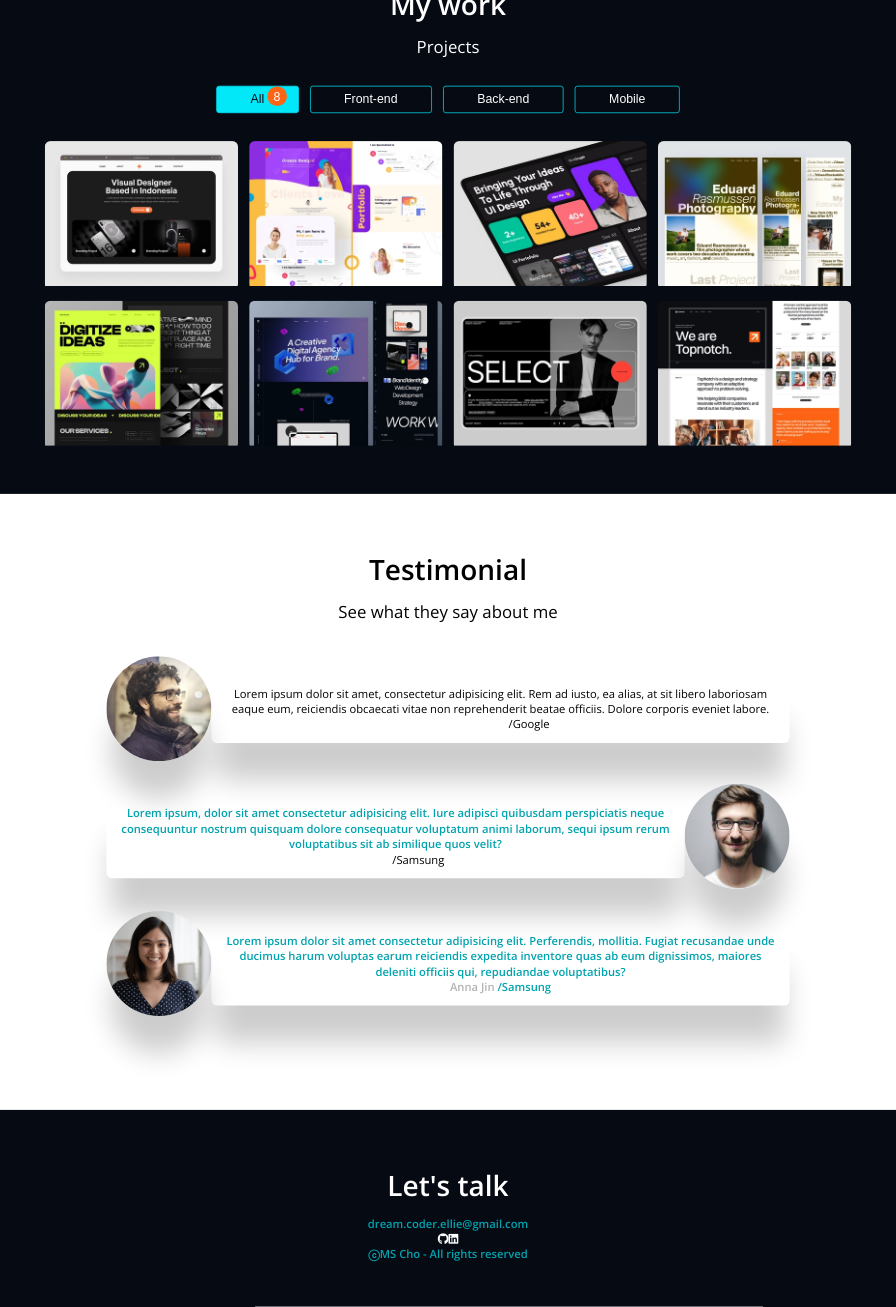
Repository: eggmoon/eggmoon_new
Page: index.html
The author's editor kept a copy of each file at every save. The page is drawn from the files as they stood at one save, then again after the next save.
The browser window is 1280 px wide. The pictures show the part of the page from y = 2311 to 4231 px (the page is 4178 px tall before and 4231 px after), at 70% of full size.
Some web libraries are served in a nearby version.

Above is the page before, as saved 2025-02-26 15:37:10.

### index.html
<!DOCTYPE html>
<html lang="en">
  <head>
    <meta charset="UTF-8" />
    <meta http-equiv="X-UA-Compatible" content="IE=edge" />
    <meta name="viewport" content="width=device-width, initial-scale=1.0" />
    <!-- SEO -->
    <title>행정심판청구서 작성 가이드</title>
    <meta
      name="description"
      content="Portfolio for world-renowned software
    engineer Ellie"
    />
    <meta name="author" content="MScho" />
    <link rel="shortcut icon" href="images/favicon.ico" type="image/x-icon" />
    <!-- OG (Open Graph Data) -->
    <meta property="og:title" content="행정정심판청구서 작성 가이드" />
    <meta property="og:type" content="website" />
    <meta property="og:url" content="https://eggmoon.github.io/eggmoon/"/>
    <meta property="og:image" content="배포후에 생성된 이미지 URL" />
    <!-- Google Fonts -->
    <link rel="preconnect" href="https://fonts.googleapis.com" />
    <link rel="preconnect" href="https://fonts.gstatic.com" crossorigin />
    <link
      href="https://fonts.googleapis.com/css2?family=Open+Sans:wght@400;600&display=swap"
      rel="stylesheet"
    />
    <!-- Font Awesome -->
    <script src="https://kit.fontawesome.com/8d3cd595d6.js" crossorigin="anonymous"></script>
    <!-- CSS -->
    <link rel="stylesheet" href="css/style.css" />
    <!-- Javascript -->
    <script src="src/main.js" defer></script>
  </head>
  <body>
    <!-- Header -->
    <header class="header">
      <div class="header__logo">
        <img class="header__logo__img" src="images/favicon.ico" alt="logo" />
        <h1 class="header__logo__title"><a href="#">조미성 행정사사무소</a></h1>
      </div>
      <nav>
        <ul class="header__menu">
          <li><a class="header__menu__item active" href="#home">작성 Flow</a></li>
          <li><a class="header__menu__item" href="#about">사실관계 확인</a></li>
          <li><a class="header__menu__item" href="#skills">법령 포섭</a></li>
          <li><a class="header__menu__item" href="#work">사실의 재구성</a></li>
          <li><a class="header__menu__item" href="#testimonial">비례의 원칙</a></li>
          <li><a class="header__menu__item" href="#contact">청구서 작성</a></li>
        </ul>
      </nav>
    </header>
    <!-- Main -->
    <main>
      <!-- Home -->
      <section id="home" class="section">
        <img class="home__logo" src="images/favicon.ico" alt="Ellie's profile" />
        <h2 class="home__title"><strong class="home__title--strong">행정심판청구서</strong> <br> 작성 가이드</h2>
        <p class="home__description">사실관계 확정과 비례의 원칙을 중심으로</p>
        <a class="home__contact" href="#contact">조미성 행정사사무소</a>
      </section>
      <!-- About -->
      <section id="about" class="section max-container =">
        <h2 class="title">작성 Flow</h2>
        <p section="description">
          사실관계 및 법령의 확인
        </p>
        <p>내용을 작성해야 합니다.</p>
        <ul class="about__majors">
          <li class="about__major">
            <i class="fa-brands fa-html5 about__major__icon"></i>
            <p class="about__major__title">사실관계 및 관련 법령</p>
            <p>처분서에 따른... 확인</p>
          </li>
          <li class="about__major">
            <i class="fa-solid fa-mobile about__major__icon"></i>
            <p class="about__major__title">사실관계의 재구성</p>
            <p>사실관계...재구성</p>
          </li>
          <li class="about__major">
            <i class="fa-solid fa-server about__major__icon"></i>
            <p class="about__major__title">자료조사 및 법령의 해석론 확립</p>
            <p>논문, 법령... 등 조사</p>`
          </li>
        </ul>
        <ul class="about__subexps">
          <li class="about__subexp">
            <img src="images/jobs/google.png" alt="google logo" />
            <div>
              <p class="about__subexp__title">Google as Senior Software Engineer</p>
              <p class="about__subexp__content">2019 Oct - Until now</p>
            </div>
          </li>
          <li class="about__subexp">
            <img src="images/jobs/samsung.png" alt="samsung logo" />
            <div>
              <p class="about__subexp__title">Samsung as Software Engineer</p>
              <p class="about__subexp__content">2014 Sept - 2019 Oct</p>
            </div>
          </li>
        </ul>
      </section>
      <!-- Skills -->
      <section id="skills" class="section">
        <div class="max-container">
          <h2 class="title">사실관계의 확인</h2>
          <p class="description">사실관계</p>
          <p>
            Lorem ipsum dolor sit, amet consectetur adipisicing 계lit. Alias
            doloremque sint deleniti vel quod itaque molestias, suscipit dolor
            cupiditate saepe rem minima, amet ipsum accusantium architecto
            laboriosam dolore id necessitatibus?
          </p>
          <div class="skills-container">
            <section class="skills__rule">
              <h3 class="skills__title">Coding Skills</h3>
              <ul>
                <li class="bar">
                  <div class="bar__metadata"><span>HTML</span><span>98%</span></div>
                  <div><div class="bar__value bar__bg" style="width: 98%"></div></div>
                </li>
                <li class="bar">
                  <div class="bar__metadata"><span>CSS</span><span>90%</span></div>
                  <div><div class="bar__value bar__bg" style="width: 90%"></div></div>
                </li>
                <li class="bar">
                  <div class="bar__metadata"><span>JavaScript</span><span>90%</span></div>
                  <div><div class="bar__value bar__bg" style="width: 90%"></div></div>
                </li>
                <li class="bar">
                  <div class="bar__metadata"><span>TypeScript</span><span>80%</span></div>
                  <div><div class="bar__value bar__bg" style="width: 80%"></div></div>
                </li>
                <li class="bar">
                  <div class="bar__metadata"><span>React</span><span>79%</span></div>
                  <div><div class="bar__value bar__bg" style="width: 79%"></div></div>
                </li>
                <li class="bar">
                  <div class="bar__metadata"><span>NodeJs</span><span>68%</span></div>
                  <div><div class="bar__value bar__bg" style="width: 68%"></div></div>
                </li>
              </ul>
            </section>
            <section class="skills__explain">
              <h3 class="skills__title">Tools</h3>
              <ul>
                <li>Visual Studio Code</li>
                <li>IntelliJ</li>
                <li>Android Studio Code</li>
                <li>iOS development tools</li>
                <li>Sketch app</li>
              </ul>
            </section>
            <section class="skills__data">
              <h3 class="skills__title">Etc</h3>
              <ul>
                <li>Git</li>
                <li>Scrum Master</li>
                <li>Math</li>
              </ul>
            </section>
          </div>
        </div>
      </section>
      <!-- Work -->
      <section id="work" class="section">
        <div class="max-container">
          <h2 class="title">My work</h2>
          <p class="description">Projects</p>
          <ul class="categories">
            <li>
              <button class="category category--selected">All <span class="category__count">8</span></button>
            </li>
            <li>
              <button class="category">Front-end <span class="category__count">3</span></button>
            </li>
            <li>
              <button class="category">Back-end <span class="category__count">3</span></button>
            </li>
            <li>
              <button class="category">Mobile <span class="category__count">2</span></button>
            </li>
          </ul>
          <ul class="projects">
            <li class="project">
              <a href="#" target="_blank">
                <img src="images/projects/project1.webp" alt="project1" class="project__img"/>
                <div class="project__metadata">
                  <h3 class="project__title">Project #1</h3>
                  <p>Clone Coding with HTML, CSS</p>
                </div>
              </a>
            </li>
            <li class="project">
              <a href="#" target="_blank">
                <img src="images/projects/project2.webp" alt="project2" class="project__img"/>
                <div class="project__metadata">
                  <h3 class="project__title">Project #2</h3>
                  <p>Clone Coding with HTML, CSS</p>
                </div>
              </a>
            </li>
            <li class="project">
              <a href="#" target="_blank">
                <img src="images/projects/project3.webp" alt="project3" class="project__img"/>
                <div class="project__metadata">
                  <h3 class="project__title">Project #3</h3>
                  <p>Clone Coding with HTML, CSS</p>
                </div>
              </a>
            </li>
            <li class="project">
              <a href="#" target="_blank">
                <img src="images/projects/project4.webp" alt="project4" class="project__img"/>
                <div class="project__metadata">
                  <h3 class="project__title">Project #4</h3>
                  <p>Clone Coding with HTML, CSS</p>
                </div>
              </a>
            </li>
            <li class="project">
              <a href="#" target="_blank">
                <img src="images/projects/project5.webp" alt="project5" class="project__img"/>
                <div class="project__metadata">
                  <h3 class="project__title">Project #5</h3>
                  <p>Clone Coding with HTML, CSS</p>
                </div>
              </a>
            </li>
            <li class="project">
              <a href="#" target="_blank">
                <img src="images/projects/project6.webp" alt="project6" class="project__img"/>
                <div class="project__metadata">
                  <h3 class="project__title">Project #6</h3>
                  <p>Clone Coding with HTML, CSS</p>
                </div>
              </a>
            </li>
            <li class="project">
              <a href="#" target="_blank">
                <img src="images/projects/project7.webp" alt="project7" class="project__img"/>
                <div class="project__metadata">
                  <h3 class="project__title">Project #7</h3>
                  <p>Clone Coding with HTML, CSS</p>
                </div>
              </a>
            </li>
            <li class="project">
              <a href="#" target="_blank">
                <img src="images/projects/project8.webp" alt="project8" class="project__img"/>
                <div class="project__metadata">
                  <h3 class="project__title">Project #8</h3>
                  <p>Clone Coding with HTML, CSS</p>
                </div>
              </a>
            </li>
          </ul>
        </div>
      </section>
      <!-- Testimonials -->
      <section id="testimonials" class="section max-container">
        <h2 class="title">Testimonial</h2>
        <p class="description">See what they say about me</p>
        <ul class="testimonials">
          <li class="testimonial">
            <img src="images/testimonials/people1.webp" alt="people1" class="testimonial__img" />
            <div class="testimonial__bubble">
              <p>
                Lorem ipsum dolor sit amet, consectetur adipisicing elit. Rem ad
                iusto, ea alias, at sit libero laboriosam eaque eum, reiciendis
                obcaecati vitae non reprehenderit beatae officiis. Dolore
                corporis eveniet labore.
              </p>
              <p><a href="#">James Kim</a> /Google</p>
            </div>
          </li>
          <li class="testimonial">
            <img src="images/testimonials/people2.webp" alt="people2" class="testimonial__img" />
            <div class="testimonial__bubble">
              <p class="testimonial__bubble__name">
                Lorem ipsum, dolor sit amet consectetur adipisicing elit. Iure
                adipisci quibusdam perspiciatis neque consequuntur nostrum
                quisquam dolore consequatur voluptatum animi laborum, sequi
                ipsum rerum voluptatibus sit ab similique quos velit?
              </p>
              <p><a href="#">Anna Jin</a> /Samsung</p>
            </div>
          </li>
          <li class="testimonial">
            <img src="images/testimonials/people3.webp" alt="people3" class="testimonial__img" />
            <div class="testimonial__bubble">
              <p class="testimonial__bubble__name">
                Lorem ipsum dolor sit amet consectetur adipisicing elit.
                Perferendis, mollitia. Fugiat recusandae unde ducimus harum
                voluptas earum reiciendis expedita inventore quas ab eum
                dignissimos, maiores deleniti officiis qui, repudiandae
                voluptatibus?
              </p>
              <p class="testimonial__bubble__name"><a href="#">Anna Jin</a> /Samsung</p>
            </div>
          </li>
        </ul>
      </section>
      <!-- Arrow up -->
      <aside>
        <a href="#home" title="back to top">
          <i class="fa-solid fa-arrow-up"></i>
        </a>
      </aside>
    </main>
    <!-- Footer -->
    <footer id="contact" class="section">
      <div class="max-container">
        <h2 class="title">Let&#39;s talk</h2>
      <p class="testimonial__bubble__name" class="section">dream.coder.ellie@gmail.com</p>
      <ul class="contact__links">
        <li>
          <a
            class="contact__link"
            href="https://github.com/eggmoon"
            target="_blank"
            title="my github link"
          >
            <i class="fa-brands fa-github"></i>
          </a>
        </li>
        <li>
          <a
            class="contact__link"
            href="https://github.com/eggmoon"
            target="_blank"
            title="my linkedin link"
          >
            <i class="fa-brands fa-linkedin"></i>
          </a>
        </li>
      </ul>
      <p class="testimonial__bubble__name">ⓒMS Cho - All rights reserved</p>
      </div>
    </footer>
  </body>
</html>

### css/style.css
/* Global */
:root {
/* App Colors */
  --color-primary: var(--color-black);
  --color-primary-variant: var(--color-gray);
  --color-accent: var(--color-blue);
  --color-accent-variant: var(--color-orange);
  --color-text: var(--color-white);
  /* Colors */
  --color-white: #ffffff;
  --color-black: #050a13;
  --color-blue: #03e8f9;
  --color-orange: #fd6413;
  --color-gray: #1b1e26;
  /* Size */
  --size-max-width: 1200px;
}
*{
  box-sizing: border-box;
}
body {
  font-family: 'Open Sans', sans-serif;
  margin: 0;
}
h1, h2, h3, p, ul {
  margin: 0;
}

ul {
  list-style: none;
  padding: 0;
}

a{
  text-decoration: none;
  color: var(--color-text);
}

button{
  background-color: transparent;
  outline: 0;
  border: 0;
}

button:focus {
  outline: 1px solid var(--color-blue);
}

/* Common */
.section{
  padding: 4rem;
  text-align: center !important;
}

.title{
  font-size: 2.5rem;
  margin: 1rem 0;

}

.description{
  font-size:1.5rem;
  margin:0.5rem 0;
}

.max-container {
  max-width: var(--size-max-width);
  margin: auto;
}

/* Header */
.header{
  position: fixed;
  background-color: var(--color-black);
  top: 0;
  width: 100%;
  padding:1rem;
  display: flex;
  justify-content: space-between;
  align-items: center;
  z-index:1;
}

.header__logo{
  display:flex;
  align-items: center;
  gap: 8px
}

.header__logo__img{
  width: 36px;
  height: 36px;
}

.header__logo__title {
  font-size: 1.8rem;
}

.header__menu{
  display:flex;
  gap: 4px;
}
.header__menu__item{
  padding: 8px 16px;
}
.header__menu__item:hover{
  border-bottom: 1px solid var(--color-accent);
}
.header__menu__item.active{
  border: 1px solid var(--color-accent);
}
/* Home */
#home{
  background-color: var(--color-primary);
  color: var(--color-text);
  padding: 5rem 1rem;
  padding-top: 7rem;
  text-align: center;
}
.home__logo{
 width: 250px;
 height: 250px;
 object-fit: contain;
 border: 3px solid var(--color-accent);
 border-radius: 50%;
}
.home__title{
 font-size:3rem;
 margin-bottom: 1rem;

}
.home__title--strong{
  color: var(--color-accent);
}
/* .home__description{

} */

.home__contact{
  display: inline-block;
  background-color: var(--color-accent);
  color: var(--color-black);
  padding: 0.5rem 1rem;
  font-weight: bold;
  border-radius: 4px;
}

.home__contact:hover{
    /* hover 밀림 현상 해결: width, height을 주거나 outline으로 해결함 */
  background-color:transparent;
  outline: 1px solid var(--color-accent);
  color: var(--color-text);
}

/* about */

.about__majors{
  display: flex;
  justify-content: space-between;
  gap: 1rem;
  margin: 2.5rem 0;
}

.about__major{
  background-color: var(--color-primary-variant);
  padding: 2rem 1rem;
  color: var(--color-text);
  border-radius: 1rem;
  cursor: default;
  box-shadow:4.0px 8.0px 8.0px rgba(0,0,0,0.38);
  flex-grow:1;
  flex-shrink:1;
  flex-basis:0;
}

.about__major__icon{
  font-size: 4rem;
  margin: 1rem 0;
  color: var(--color-accent);
  transition: all 300ms ease;
}

.about__major__title{
 font-size: 1.5rem;
 font-weight: bold;
 margin-bottom: 1rem;
}

.about__major:hover .about__major__icon{
  transform: rotate(-15deg) scale(1.2);
}

.about__subexps{
  text-align: start;
}
.about__subexp{
  display:flex;
  align-items: center;
  gap: 8px;
  margin-bottom: 1rem;
}
.about__subexp__title{
  color: var(--color-primary);
}

.about__subexp__content{
  color: var(--color-primary);
}

/* skills */

#skills {
  background-color: var(--color-primary-variant);
  color: var(--color-text);
}
.skills__title{
  color: var(--color-accent);
  margin: 1rem 0;
  font-size: 1.2rem;
  margin: 2rem 3rem;
}
.skills-container{
  display: grid;
  grid-template-columns: 6fr 4fr;
  background-color: var(--color-primary);
  border-radius: 8px;
  overflow: hidden;
  box-shadow: 0 2.8px 2.2px rgba(0, 0, 0, 0.034), 0 6.7px 5.3px rgba(0, 0, 0, 0.048), 0 12.5px 10px rgba(0, 0, 0, 0.06), 0 22.3px 17.9px rgba(0, 0, 0, 0.072), 0 41.8px 33.4px rgba(0, 0, 0, 0.086), 0 100px 80px rgba(0, 0, 0, 0.12)
}

.skills__rule{
  grid-row: span 2;
  padding: 1rem;
}

.skills__explain{
  padding: 1rem;
}

.skills__data{
  padding: 1rem;
  background-color: var(--color-primary);
    filter: brightness(150%);
}

.bar{
  display:flex;
  flex-direction: column;
  padding: 1rem;
  gap: 0.5rem;
}
.bar__metadata{
  display:flex;
  justify-content:space-between;
}
.bar__bg{
  width: 100%;
  height: 3px;
  background-color: var(--color-primary-varient);
}
.bar__value{
  background-color: var(--color-accent);
}

 /* Work */
 #work {
  background-color: var(--color-primary);
  color: var(--color-text);
 }

 .categories {
  display:flex;
  justify-content: center;
  margin: 2.5rem;
  gap: 1rem;
 }

 .category {
  position:relative;
  color: var(--color-text);
  font-size: 1.1rem;
  padding: 0.5rem 3rem;
  border-radius: 4px;
  border: 1px solid var(--color-accent);
  cursor: pointer;
  white-space: nowrap;
 }


 .category__count{
  opacity: 0;
  position: absolute;
  top: -20px;
  right: 16px;
  width: 28px;
  height: 28px;
  line-height: 28px;
  border-radius: 100%;
  background-color: var(--color-accent-variant);
  color: var(--color-text);
  transition: all 300ms ease-in;
 }
 .category--selected {
  background-color: var(--color-accent);
  color: var(--color-primary);
 }
 .category--selected .category__count,
 .category:hover .category__count {
  opacity: 1;
  top:0;
 }

 .projects {
  display: grid;
  grid-template-columns: repeat(4, 1fr);
  grid-template-rows: repeat(2,1fr);
  gap: 1rem;
 }

 .project{
  position:relative;
  border-radius:8px;
  overflow:hidden;
 }

 .project__img{
  width: 100%;
 }

 .project__metadata{
  opacity: 0;
  position: absolute;
  top: 0;
  left: 0;
  width: 100%;
  height: 100%;
  background-color: var(--color-black);
  display:flex;
  flex-direction: column;
  justify-content: center;
  align-items: center;
  transition: all 250ms ease-in;
  transform: translateY(-10px);
 }

 .project__metadata:hover {
  opacity:0.8;
  transform: translateY(0px);
 }
 .project__title:after{
  content: '';
  display: block;
  position:relative;
  left:50%;
  transform: translate(-60%);
  width: 80px;
  height: 2px;
  background-color: var(--color-accent);
  margin:0.5rem;
 }

 /* Testimonial */

 .testimonials{
 margin: 3rem;
 }

 .testimonial{
  display: flex;
  align-items:center;
  margin-bottom: 2rem;
 }

 .testimonial:nth-child(even) .testimonial__img {
  order: 1;
 }

 .testimonial__img{
 width: 150px;
 height: 150px;
 border-radius: 100%;
 box-shadow: rgba(0, 0, 0, 0.2) 0px 60px 40px -7px;
 }
 .testimonial__bubble{
  padding: 1rem;
  border-radius: 8px;
  box-shadow: rgba(0, 0, 0, 0.2) 0px 60px 40px -7px;
 }

 .testimonial__bubble__name{
  color: var(--color-accent);
  font-weight: bold;
  filter: brightness(70%);
 }

 /* Footer */

 #contact{
  background-color: var(--color-primary);
  color: var(--color-text);
 }
 .contact__links{
  display: flex;
  justify-content: center;
 }

Loaded but not shown: src/main.js (no copy from this time; the picture is the same without it)

After the next save:
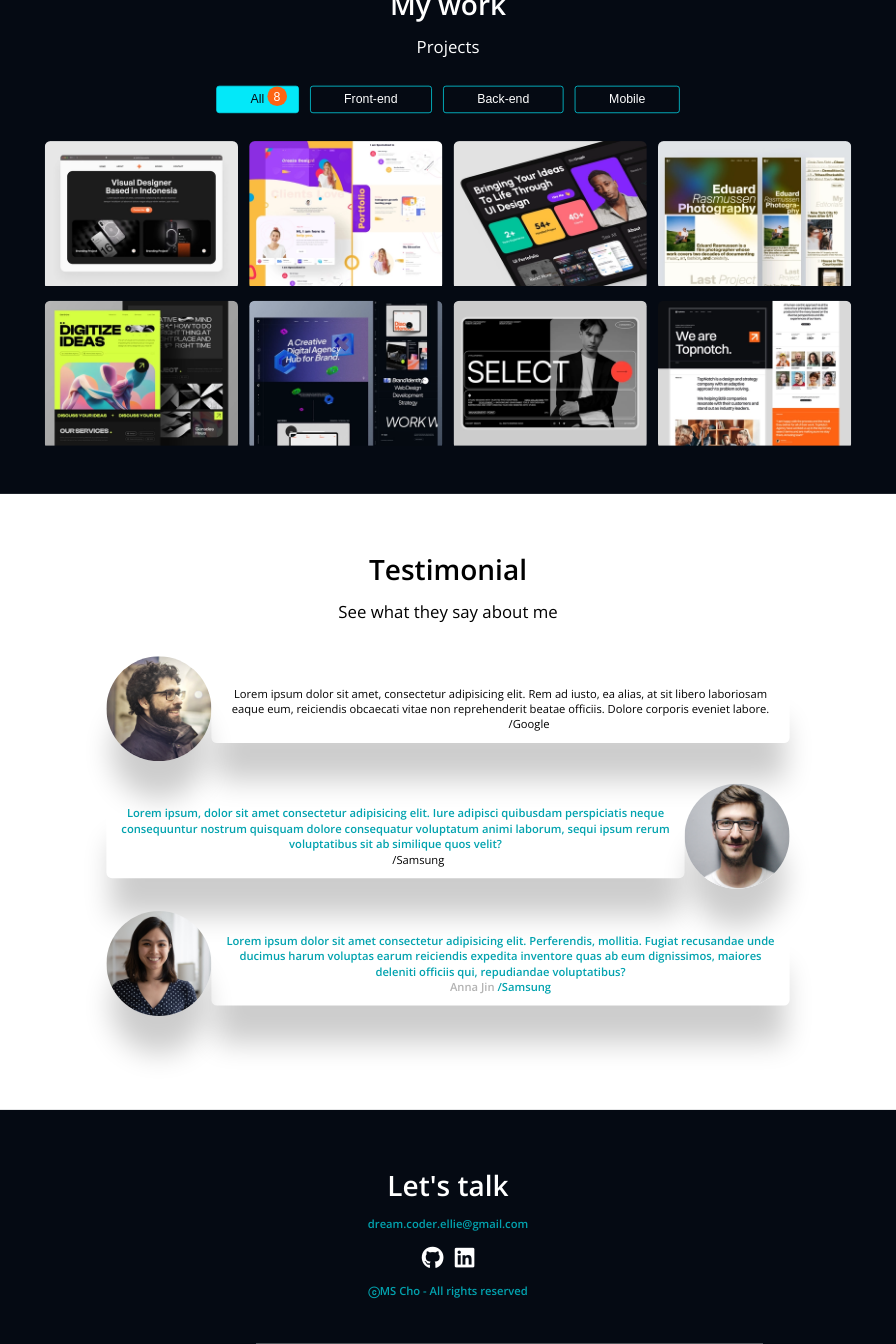
Saved 13 s later.
--- a/css/style.css
+++ b/css/style.css
@@ -402,4 +402,7 @@
  .contact__links{
   display: flex;
   justify-content: center;
- }
+  gap: 1rem;
+  padding: 1rem;
+  font-size: 2rem;
+ }
